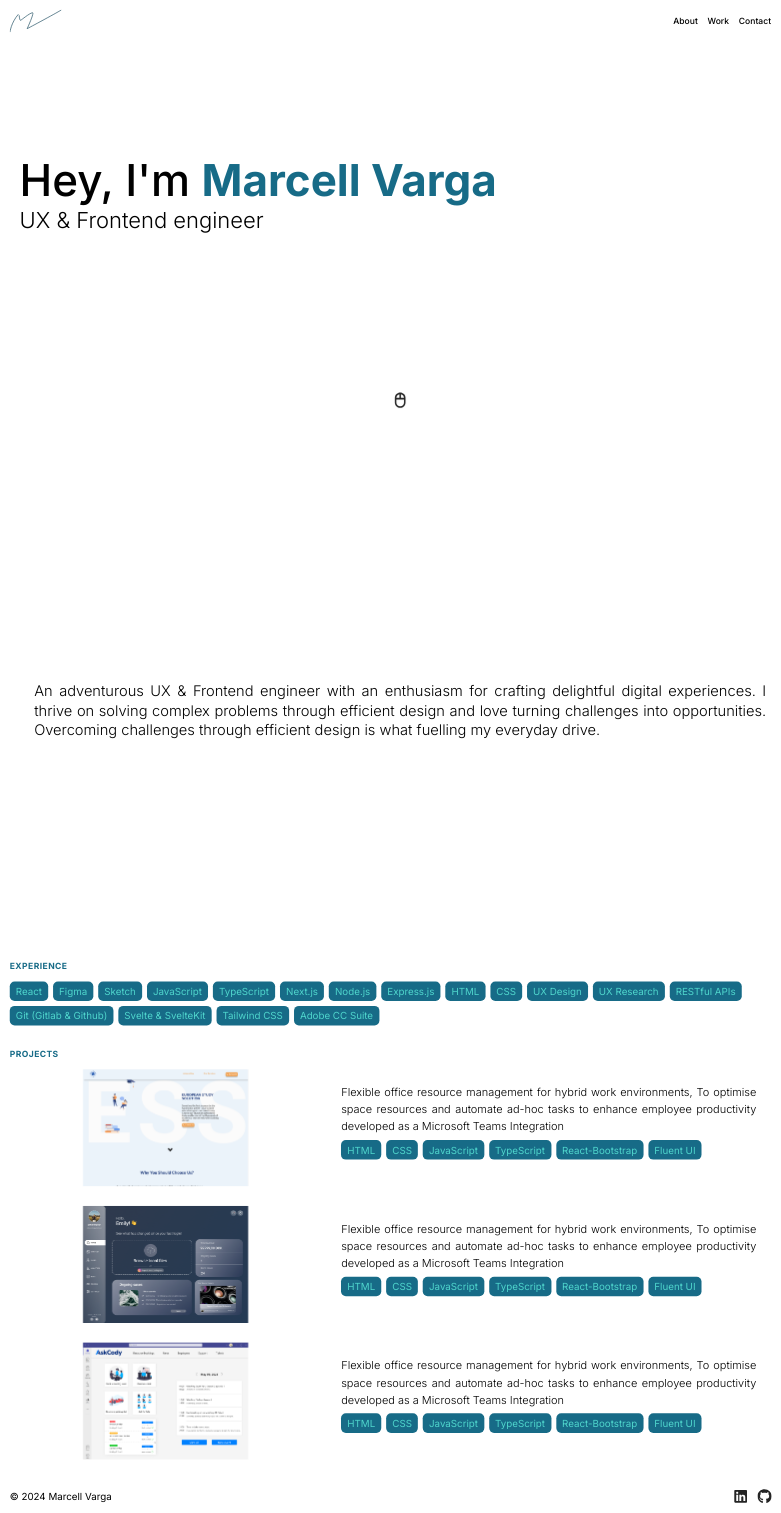
Repository: TheMarcellVarga/personal-portfolio-v.2
Page: /
The author's editor kept a copy of each file at every save. The page is drawn from the files as they stood at one save, then again after the next save.
The browser window is 1280 px wide. The pictures show the whole page, at 61% of full size.
The project was rebuilt for these pictures with package versions that can differ from the ones it lists, and the page was loaded fresh each time. The framework's server and built-in components were replaced by stand-ins that run in the browser. Also part of the build but not shown: next.config.mjs.

Above is the page before, as saved 2024-04-25 01:11:32.

After the next save:
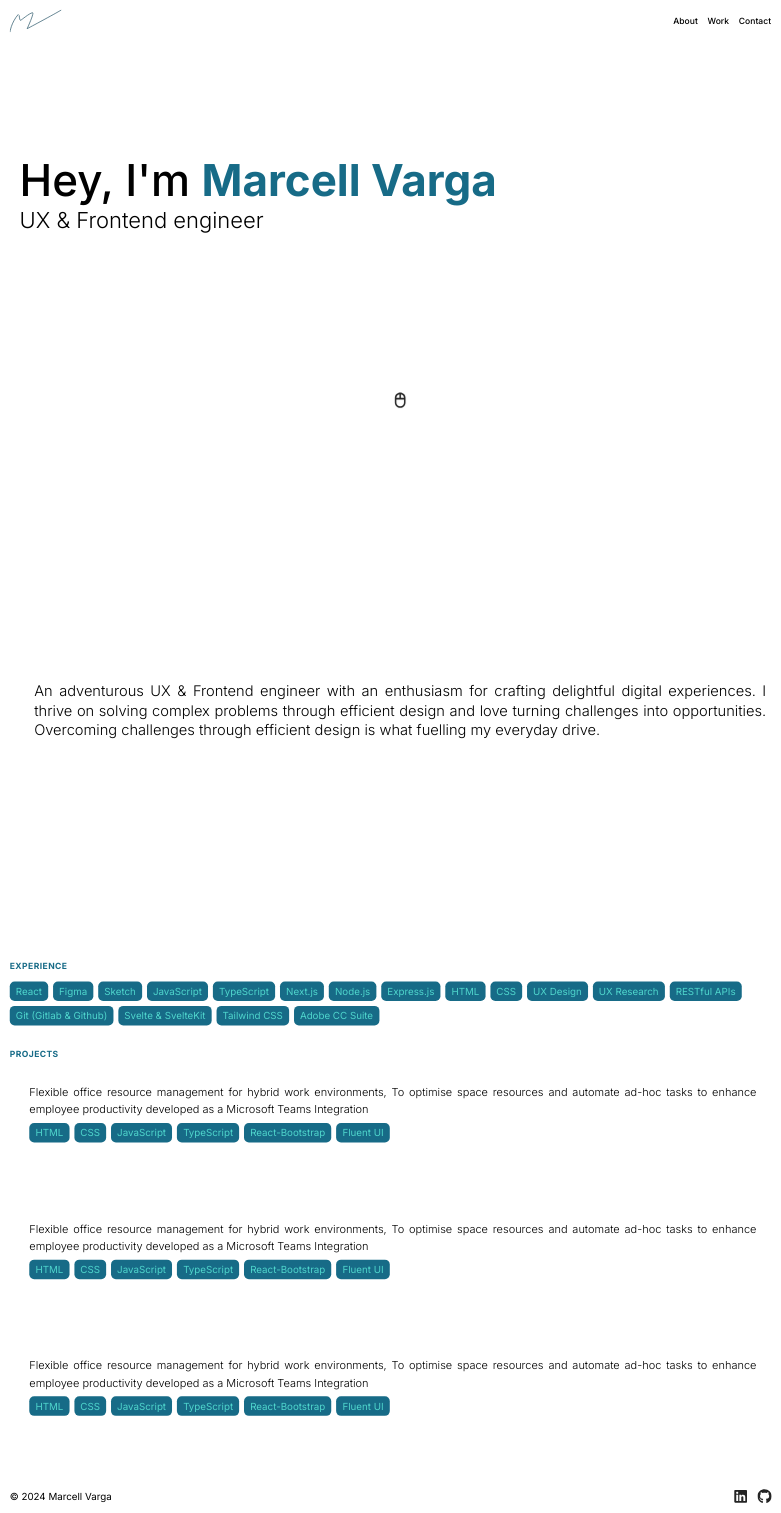
Saved 10 s later.
--- a/app/page.tsx
+++ b/app/page.tsx
@@ -239,7 +239,7 @@
           <div className="flex flex-col gap-8">
             {projects.map((project) => (
               <div key={project.title} className="flex gap-2">
-                <div className="w-screen h-full relative rounded-lg overflow-hidden y-5">
+                <div className="w-auto h-full relative rounded-lg overflow-hidden y-5">
                   <div className="h-48">
                     <Image
                       src={project.image} // Use the image path from the project object

After the 4 saves that followed:
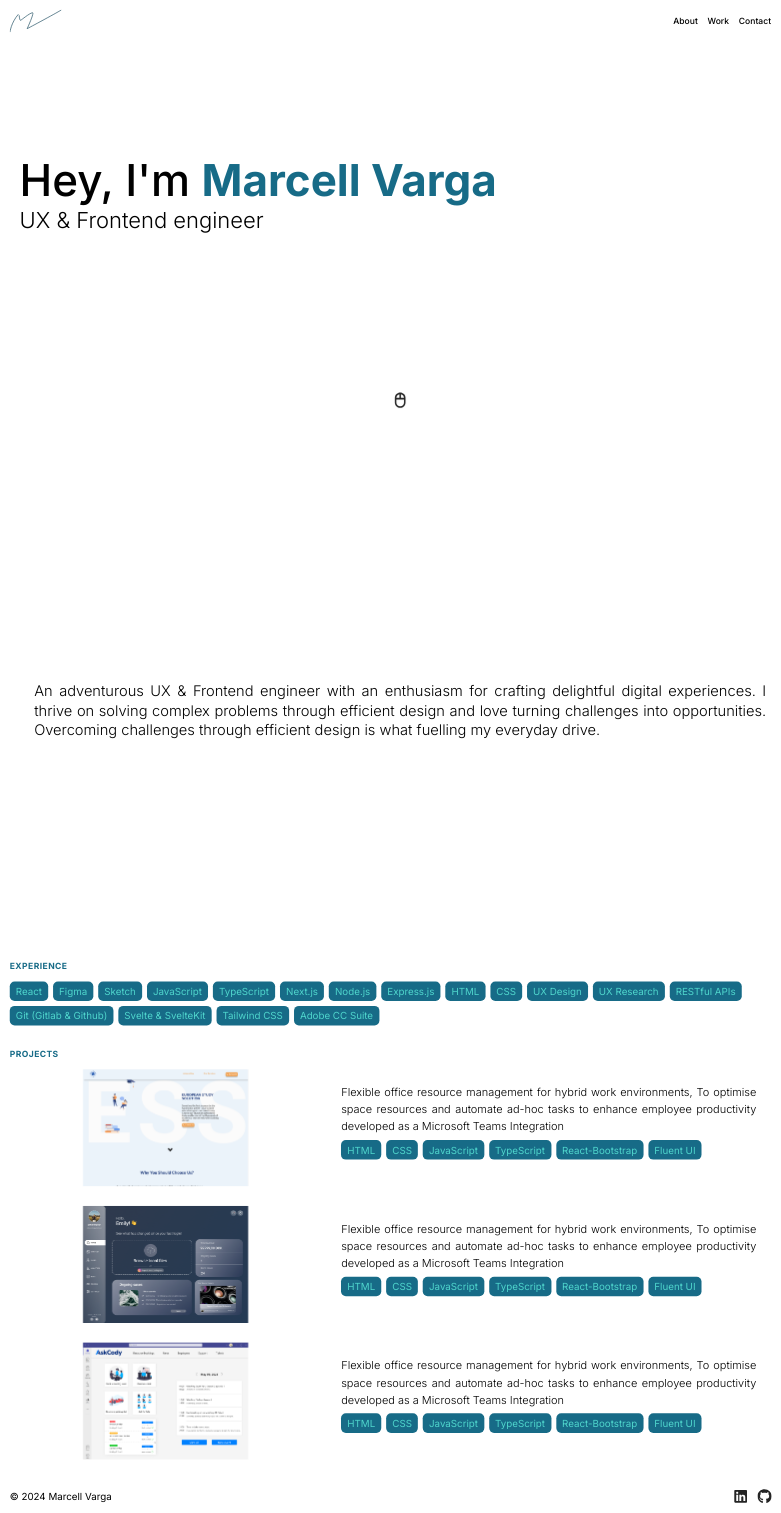
The 4 saves are shown as one change because they came seconds apart.
The last was saved 12 s later.
--- a/app/page.tsx
+++ b/app/page.tsx
@@ -239,7 +239,7 @@
           <div className="flex flex-col gap-8">
             {projects.map((project) => (
               <div key={project.title} className="flex gap-2">
-                <div className="w-auto h-full relative rounded-lg overflow-hidden y-5">
+                <div className="w-screen h-full relative rounded-lg overflow-hidden y-5">
                   <div className="h-48">
                     <Image
                       src={project.image} // Use the image path from the project object
